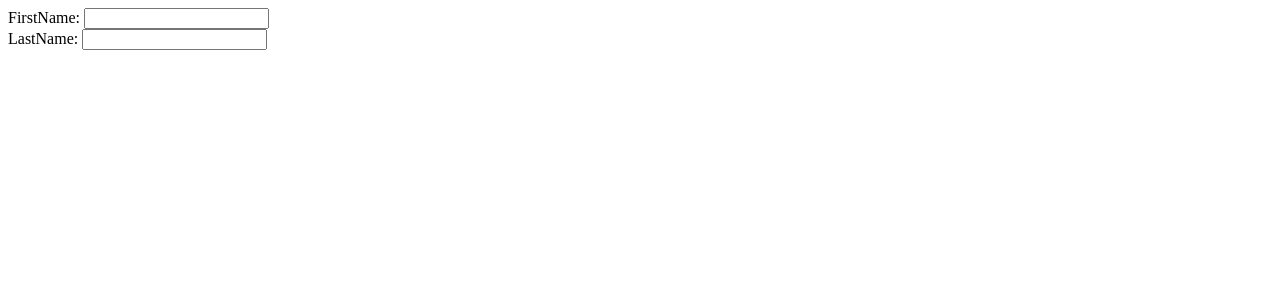
Repository: PuchakayalaVyshnavi/Bootstrap5
Page: Java/jspdemo/src/main/webapp/Student-form.html
The author's editor kept a copy of each file at every save. The page is drawn from the files as they stood at one save, then again after the next save.
The browser window is 1280 px wide. The pictures show the whole page.

Above is the page before, as saved 2021-08-17 08:02:47.

After the next save:
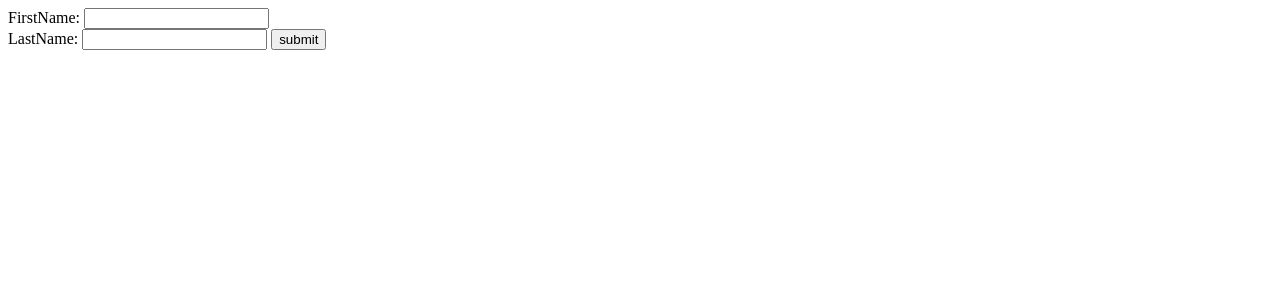
Saved 2 min 23 s later.
--- a/Java/jspdemo/src/main/webapp/Student-form.html
+++ b/Java/jspdemo/src/main/webapp/Student-form.html
@@ -6,6 +6,7 @@
 FirstName: <input type ="text" name="firstName"/>
 <br/>
 LastName: <input type ="text" name="lastName"/>
+<input type="submit" value="submit"/>
 </body>
 
 </html>
